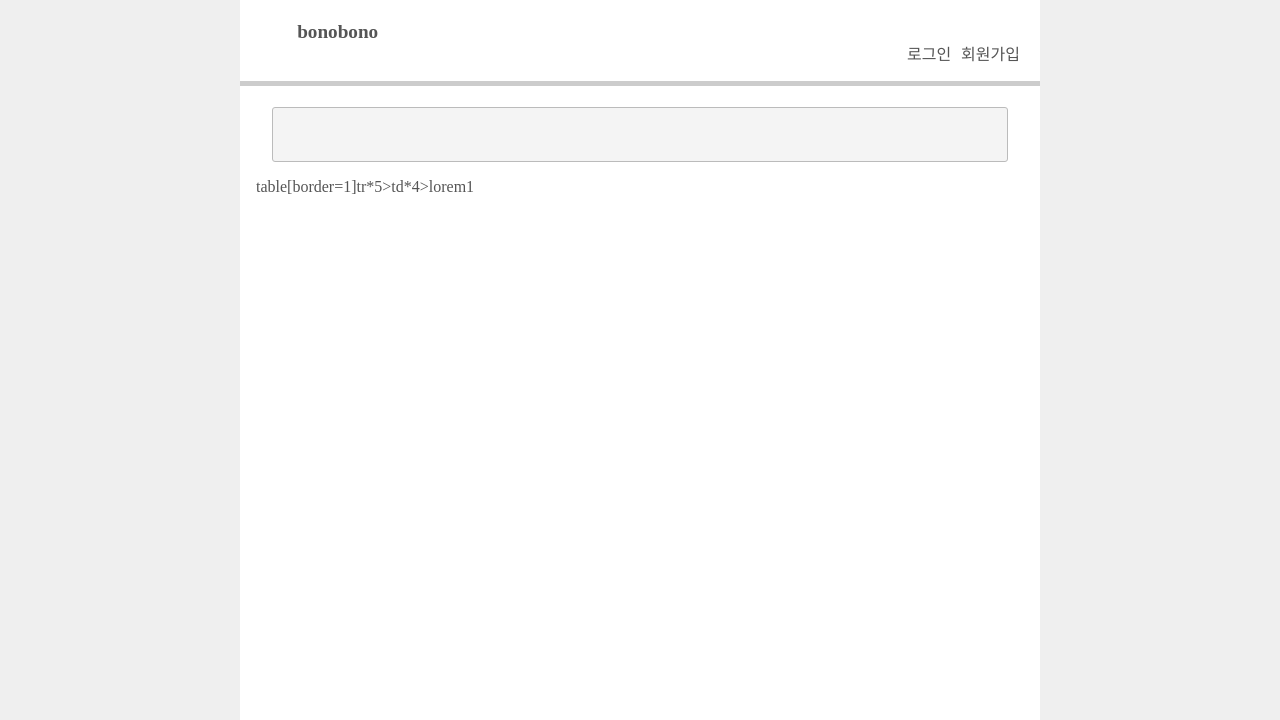
Repository: KKgeon/commonstudent
Page: WebClass/webPro/src/main/webapp/javascript/days09/ex03_10.html
These files come from the project's save history. The page is drawn as it stood at one moment and after the next save; the edit follows.
The browser window is 1280 px wide. The pictures show the whole page.
Some web fonts or font styles are not loaded; a fallback is used.

Above is the page before, as saved 2024-04-17 03:06:07.

### WebClass/webPro/src/main/webapp/javascript/days09/ex03_10.html
<!DOCTYPE html>
<html>
<head>
<meta charset="UTF-8">
<meta name="viewport" content="width=device-width, initial-scale=1.0">
<title>Insert title here</title>
<link rel="shortcut icon" type="image/x-icon" href="http://localhost/webPro/images/favicon.ico">
<script src="https://ajax.googleapis.com/ajax/libs/jquery/3.7.1/jquery.min.js"></script>
<link rel="stylesheet" href="http://localhost/webPro/resources/cdn-main/example.css">
<script src="http://localhost/webPro/resources/cdn-main/example.js"></script>
<style>
 span.material-symbols-outlined{
   vertical-align: text-bottom;
 }
</style>
</head>
<body>
<header>
 <h1 class="main"><img src="http://localhost/webPro/images/favicon.ico" alt=""><a href="#" style="position:absoute;top:30px;">bonobono</a><img src="http://localhost/webPro/images/favicon.ico" alt=""></h1>
<ul>
<li><a href="#">로그인</a></li>
<li><a href="#">회원가입</a></li>
</ul>
</header>
<div>
  <xmp class="code">
  </xmp>
  table[border=1]tr*5>td*4>lorem1
</div>
</body>
</html>

### WebClass/webPro/src/main/webapp/resources/cdn-main/example.css
@charset "UTF-8";

@import url('https://fonts.googleapis.com/css2?family=Material+Symbols+Outlined:opsz,wght,FILL,GRAD@20..48,100..700,0..1,-50..200');

@font-face {
    font-family: 'GmarketSansMedium';
    src: url('https://cdn.jsdelivr.net/gh/projectnoonnu/noonfonts_2001@1.1/GmarketSansMedium.woff') format('woff');
    font-weight: normal;
    font-style: normal;
}

:root {
	--text-color: #555;
	--sub-text-color: #777;
	--back-color: #EFEFEF;
	--header-color: #444;
	--primary-color: #DEDEDE;
	--secondary-color: #EFEFEF;
	--default-width: 800px;
	--narrow-width: 500px;
	--wide-width: 1200px;
	--text-font: 'GmarketSansMedium';
	--icon-font: 'Material Symbols Outlined';
	--border-color: #CCC;
}

html, body {
	margin: 0;
	padding: 0;
}

html {
	background-color: var(--back-color);
	display: flex;
	justify-content: center;
	min-height: 100vh;
}

body, body.default {
	width: var(--default-width);
	background-color: white;
	padding-bottom: 120px;
}

body.wide {
	width: var(--wide-width);
}

body.narrow {
	width: var(--narrow-width);
}



body, p, div, span, a, input, select, option, textarea, button, table, th, td, label, fieldset, legend {
	font-family: var(--text-font);
	color: var(--text-color);
}

h1, h2, h3 {
	font-family: var(--text-font);
	color: var(--header-color);
	padding: 0 1rem;
	padding-top: .5rem;
}

div > h1, div > h2, div > h3 {
	padding: 0;
}

body > div, body > main > div {
	padding: 0.3rem 1rem;
}


h1 { font-size: 2rem; border-bottom: 1px solid var(--border-color); }
h1 small { font-size: 1.2rem; color: var(--sub-text-color); }
h2 { font-size: 1.5rem; border-bottom: 1px dashed var(--border-color); }
h2 small { font-size: 1.1rem; color: --sub-text-color; }
h3 { font-size: 1.2rem; }
h3 small { font-size: 1rem; color: --sub-text-color; }



h1.main::before {
	font-family: var(--icon-font);
  	content: '\e666';
  	margin-right: 10px;
  	float: left;
	font-size: 2.5rem;
}

h1.sub::before {
	font-family: var(--icon-font);
  	content: '\ea19';
  	margin-right: 10px;
  	float: left;
	font-size: 2.5rem;
}


h1.page::before {
	font-family: var(--icon-font);
  	content: '\e0e0';
  	margin-right: 10px;
  	float: left;
	font-size: 2.5rem;
}

body > header > ul > li > .active{
	background-color: #FFF;
	color:#F00;
}

body > header {
	display: flex;
	justify-content: space-between;
	border-bottom: 5px solid var(--border-color);
	min-height: 74px;
	background-color: #FFF;
}

body > header.sticky {
	position: sticky;
	top: 0;
	z-index: 98;
}

body > header > h1 {
	font-size: 1.2rem;
	border: 0;
}

body > header.in > h1::before {
	font-family: var(--icon-font);
  	content: '\e332‥';
  	margin-right: 3px;
  	float: left;
	font-size: 2rem;
}


body > header > ul {
	list-style-type: none;
	display: flex;
	align-items: flex-end;
	margin-right: 10px;
}

body > header > ul > li {
	margin-right: 10px;
	cursor: pointer;
}

body > header > ul > li > a {
	cursor: pointer;
}


form {
	display: block;
}

form > div {
	padding: 0.3rem 1rem;
}

div > form > div {
	padding: 0.3rem 0;
}

input, textarea, button, select {
	border: 1px solid #BBB;
	border-radius: 3px;
	outline: none;
	resize: none;
	padding: 7px;
	margin: 0;
}

input[type=text]:read-only, textarea:read-only {
	cursor: not-allowed;
	background-color: #FFF;
}

input[type=text]:disabled, textarea:disabled {
	cursor: not-allowed;
	background-color: #EEE;
}

input[type=text], input[type=password], textarea, button, select {
	/* width: 300px; */
}

textarea {
	display: block;
	height: 100px;
}

input[type=button], input[type=submit], button {
	/* width: inherit; */
}

input.short, textarea.short, button.short, select.short {
	width: 100px;
}

input.long, textarea.long, button.long, select.long {
	width: 350px;
}

.narrow input.long, .narrow textarea.long, .narrow button.long, .narrow select.long {
	width: calc(100% - 20px);
}

input.full, textarea.full, button.full, select.full {
	width: calc(100% - 20px);
}

textarea.short {
	height: 50px;
}

textarea.long {
	height: 100px;
}

textarea.full {
	height: 200px;
}

input, textarea {
	padding-top: 8px;
}

input[type=button], input[type=submit], button {
	padding: 5px 10px;
	background-color: var(--secondary-color);
	cursor: pointer;
	min-height: 36px;
}

input[type=button].primary, input[type=submit].primary, button.primary {
	/* background-color: rgba(100, 149, 237, .2); */
	background-color: var(--primary-color);
}

input[type=button].primary:hover, input[type=submit].primary:hover, button.primary:hover {
	/* background-color: rgba(100, 149, 237, .3); */
	background-color: var(--secondary-color);
}

input[type=button]:hover, input[type=submit]:hover, button:hover {
	background-color: var(--primary-color);
}

button {
	position: relative;
	left: 0;
	top: 0;
	padding-left: 35px;
}

button .material-symbols-outlined {
	position: absolute;
	left: 10px;
	top: 4px;
}

/* k2nik add */
button.login::before {
	font-family: var(--icon-font);
  	content: '\ea77';
	position: absolute;
	left: 11px;
	top: 4px;
	font-size: 1.25rem;
}

/* k2nik logout */
button.logout::before {
	font-family: var(--icon-font);
  	content: '\e9ba';
	position: absolute;
	left: 11px;
	top: 4px;
	font-size: 1.25rem;
}

/* k2nik help */
button.help::before {
	font-family: var(--icon-font);
  	content: '\f1c0';
	position: absolute;
	left: 11px;
	top: 4px;
	font-size: 1.25rem;
}

button.add::before{
	font-family: var(--icon-font);
  	content: '\e746';
	position: absolute;
	left: 11px;
	top: 4px;
	font-size: 1.25rem;
}

button.back::before {
	font-family: var(--icon-font);
  	content: '\e166';
	position: absolute;
	left: 11px;
	top: 4px;
	font-size: 1.25rem;
}

button.list::before {
	font-family: var(--icon-font);
  	content: '\e0ee';
	position: absolute;
	left: 11px;
	top: 4px;
	font-size: 1.25rem;
}


button.del::before {
	font-family: var(--icon-font);
  	content: '\e872';
	position: absolute;
	left: 11px;
	top: 4px;
	font-size: 1.25rem;
}


button.edit::before {
	font-family: var(--icon-font);
  	content: '\e745';
	position: absolute;
	left: 11px;
	top: 4px;
	font-size: 1.25rem;
}


button.login::before {
	font-family: var(--icon-font);
  	content: '\ea77';
	position: absolute;
	left: 11px;
	top: 4px;
	font-size: 1.25rem;
}


button.logout::before {
	font-family: var(--icon-font);
  	content: '\e9ba';
	position: absolute;
	left: 11px;
	top: 4px;
	font-size: 1.25rem;
}


button.in::before {
	font-family: var(--icon-font);
  	content: '\f71a';
	position: absolute;
	left: 11px;
	top: 4px;
	font-size: 1.25rem;
}


button.out::before {
	font-family: var(--icon-font);
  	content: '\f70e';
	position: absolute;
	left: 11px;
	top: 4px;
	font-size: 1.25rem;
}


button.reply::before {
	font-family: var(--icon-font);
  	content: '\e15e';
	position: absolute;
	left: 11px;
	top: 4px;
	font-size: 1.25rem;
}


button.comment::before {
	font-family: var(--icon-font);
  	content: '\e0b9';
	position: absolute;
	left: 11px;
	top: 4px;
	font-size: 1.25rem;
}


button.modal::before {
	font-family: var(--icon-font);
  	content: '\e89e';
	position: absolute;
	left: 11px;
	top: 4px;
	font-size: 1.25rem;
}


button.ok::before {
	font-family: var(--icon-font);
  	content: '\e86c';
	position: absolute;
	left: 11px;
	top: 4px;
	font-size: 1.25rem;
}


button.cancel::before {
	font-family: var(--icon-font);
  	content: '\e5c9';
	position: absolute;
	left: 11px;
	top: 4px;
	font-size: 1.25rem;
}

button.search::before {
	font-family: var(--icon-font);
  	content: '\e8b6';
	position: absolute;
	left: 11px;
	top: 4px;
	font-size: 1.25rem;
}

button.home::before {
	font-family: var(--icon-font);
  	content: '\e88a';
	position: absolute;
	left: 11px;
	top: 4px;
	font-size: 1.25rem;
}


button.sidebar::before {
	font-family: var(--icon-font);
  	content: '\f7e4';
	position: absolute;
	left: 11px;
	top: 4px;
	font-size: 1.25rem;
}


button.sidebar-right::before {
	font-family: var(--icon-font);
  	content: '\f7e5';
	position: absolute;
	left: 11px;
	top: 4px;
	font-size: 1.25rem;
}




button::before {
	font-family: var(--icon-font);
  	content: '\e323';
	position: absolute;
	left: 11px;
	top: 4px;
	font-size: 1.25rem;
}


table {
	border-collapse: collapse;
	margin: 1rem;
	box-sizing: border-box;
	width: calc(100% - 32px);
}

table.content {
	width: auto;
}

div > table {
	margin: 0;
}

table th, table td {
	border: 1px solid var(--border-color);
	padding: 7px;
	font-weight: normal;
}

table th {
	background-color: var(--back-color);
}

table.vertical th {
	width: 150px;
}

table.vertical td {
	width: calc(100% - 182px);
	padding-left: 10px;
}

table.content td, table.content th {
	width: auto;
}

body.narrow table.vertical th {
	width: 100px;
}

body.narrow table.vertical td {
	width: calc(100% - 182px);
}


table + table {
	margin-top: 30px;
}


p {
	padding: 0 1rem;
}

a {
	text-decoration: none;
}

a:hover {
	color: rgba(255, 99, 71, .7);
}

hr {
	border: 0;
	border-top: 1px solid var(--border-color);
	margin: 2rem 0;
}

.message {
	border: 1px solid var(--border-color);
	background-color: #EFEFEF;
	margin: 1rem;
	width: auto;
	padding-top: 10px;
	padding-bottom: 10px;
	font-size: 14px;
}

.message[title]::before {
	content: attr(title);
	display: block;
	border-bottom: 1px solid var(--border-color);
	padding-bottom: 5px;
	margin-bottom: 10px;
	margin-top: 7px;
}

.message.short {
	max-width: 250px;
}

.message.long {
	max-width: 500px;
}

.badge {
	float: right;
	font-size: .8rem;
	margin-top: 2px;
	margin-right: 2px;
	text-shadow: 0 0 7px gray;
}

.badge.left {
	float: none;
	margin-left: 2px;
}

.badge.right {
	float: right;
}

.badge.red {
	border-radius: 50%;
	padding: 2px 5px;
	background-color: rgb(255, 99, 71, .3);
}

.badge.yellow {

	border-radius: 50%;
	padding: 2px 5px;
	background-color: rgb(255, 215, 0, .5);
}

.badge.blue {
	border-radius: 50%;
	padding: 2px 5px;
	background-color: rgb(100, 149, 237, .3);
}

label + label {
	margin-left: 7px;
}

label input[type=checkbox], label input[type=radio] {
	transform: translate(0, 1px);
}

.group {
	display: flex;
}

.modal-content .group {
	margin-bottom: .5rem;
}

.group label {
	border: 1px solid #BBB;
	border-radius: 3px;
	outline: none;
	resize: none;
	padding: 7px 14px;
	margin: 0;
	border-top-right-radius: 0;
	border-bottom-right-radius: 0;
	background-color: #EFEFEF;
	white-space: nowrap;
	font-size: 14px;
}

.group input[type=text] {
	margin-left: -1px;
	border-top-left-radius: 0;
	border-bottom-left-radius: 0;
}

.group select {
	margin-left: -1px;
	border-top-left-radius: 0;
	border-bottom-left-radius: 0;
}

.group input.full[type=text] {
	margin-left: -1px;
	border-top-left-radius: 0;
	border-bottom-left-radius: 0;
	width: 100%;
}

.group input[type=button]:first-child, .group button:first-child {
	border-top-left-radius: 3px;
	border-bottom-left-radius: 3px;
	margin-left: 0px;
}

.group input[type=button], .group button {
	border-radius: 0;
	margin-left: -1px;
}

.group input[type=button]:last-child, .group button:last-child {
	margin-left: -1px;
	border-top-right-radius: 3px;
	border-bottom-right-radius: 3px;
}

.seperate {
	display: flex;
	justify-content: space-between;
}

div.list {
	width: max-content;
	margin: 1rem;
	border: 1px solid #BBB;
	border-radius: 3px;
	padding: 0;
}

div.list.full {
	width: auto;
	display: block;
	margin: 1rem;
	border: 1px solid #BBB;
	border-radius: 3px;
	padding: 0;
}

div.list > div {
	padding: .5rem 1rem;
	margin: 0;
	border-bottom: 1px solid #BBB;
}

div.list > div:last-child {
	border-bottom: 0;
}

pre.code , xmp.code{
	font-family: consols;
	background-color: rgba(150, 150, 150, .1);
	border: 1px solid #BBB;
	border-radius: 3px;
	padding: .5rem 1rem;
	padding-bottom: .6rem;
	margin: 1rem;
}




*[data-modal-window] {
	position: fixed;
	background-color: rgba(0, 0, 0, .3);
	left: 0;
	top: 0;
	display: none;
	justify-content: center;
	align-items: flex-start;
	width: 100%;
	min-height: 100vh;
	z-index: 100;
	opacity: 0;
	transition: 500ms all;
}

*[data-modal-window] .modal-container {
	border-radius: 5px;
	padding: 1rem;
	padding-bottom: .5rem;
	margin-top: -500px;
	opacity: 0;
	width: 500px;
	background-color: #FFF;
	margin-right: 2rem;
	transition: 500ms all;
}

*[data-modal-size=content] .modal-container {
	width: auto;
}

*[data-modal-size=narrow] .modal-container {
	width: 300px;
}

*[data-modal-size=wide] .modal-container {
	width: 760px;
}


*[data-modal-window] .modal-header {
	border-bottom: 1px solid var(--border-color);
	padding: 2px 5px;
}

*[data-modal-window] .modal-content {
	padding: 1rem 5px;
}

*[data-modal-window] .modal-content div:last-child {
	margin-top: 1rem;
	text-align: right;
}



*[data-sidebar-window] {
	position: fixed;
	background-color: #FFF;
	left: 0;
	top: 0;
	display: block;
	width: 300px;
	border-right: 1px solid var(--border-color);
	box-sizing: border-box;
	box-shadow: 0 0 3px var(--back-color);
	min-height: 100vh;
	z-index: 99;
	transform: translate(-300px, 0);
	transition-duration: 500ms;
	transition-property: transform;
}

*[data-sidebar-direction=right] {
	left: auto;
	right: 0;
	transform: translate(300px, 0);
	border-left: 1px solid var(--border-color);
}

*[data-sidebar-size=wide] {
	width: 500px;
	transform: translate(-500px, 0);
}

*[data-sidebar-window] .sidebar-title {
	border-bottom: 1px solid var(--border-color);
	margin-top: 20px;
	margin-bottom: 20px;
	padding-bottom: 5px;
	display: flex;
	justify-content: space-between;
}

*[data-sidebar-window] .sidebar-title span:last-child {
	cursor: pointer;
}


/* K2Nik pagination */
.center {
  text-align: center;
}

.pagination {
  display: inline-block;
}

.pagination a {
  color: black;
  float: left;
  padding: 3px 6px;
  text-decoration: none;
  transition: background-color .3s;
  border: 1px solid #ddd;
  margin: 0 3px;
}

.pagination a.active {
  background-color: #4CAF50;
  color: white;
  border: 1px solid #4CAF50;
}

.pagination a:hover:not(.active) {background-color: #ddd;}

### WebClass/webPro/src/main/webapp/resources/cdn-main/example.js

window.onload = () => {

    const list = document.querySelectorAll('input, textarea');

    list.forEach(item => {
        item.setAttribute('autocomplete', 'off');
    });


    const modal_btn_list = document.querySelectorAll('*[data-modal-button]');

    modal_btn_list.forEach(item => {
        item.onclick = function() {

            const name = this.dataset['modalButton'];
            const modal_window = document.querySelector('*[data-modal-window=' + name);

            const container = document.createElement('div');
            container.className = 'modal-container';



            const modal_header = document.createElement('div');
            modal_header.textContent = modal_window.dataset['modalTitle'];
            modal_header.className = 'modal-header';
            container.appendChild(modal_header);

            const modal_content = document.createElement('div');
            modal_content.className = 'modal-content';
            container.appendChild(modal_content);

            Array.from(modal_window.childNodes).forEach(item => {
                modal_content.appendChild(item);
            });

            modal_window.appendChild(container);

            modal_window.style.display = 'flex';

            setTimeout(() => {
                modal_window.style.opacity = 1;
                container.style.marginTop = '20px';
                container.style.opacity = 1;
            }, 50);


            const modal_ok = document.querySelector('*[data-modal-ok=' + name);
            modal_ok.addEventListener('click', function() {
                modal_window.style.opacity = 0;
                container.style.marginTop = '-500px';
                container.style.opacity = 0;

                setTimeout(() => {
                    modal_window.innerHTML = modal_content.innerHTML;
                    modal_window.style.display = 'none';
                }, 500);

            });

            const modal_cancel = document.querySelector('*[data-modal-cancel=' + name);
            modal_cancel.addEventListener('click', function() {

                modal_window.style.opacity = 0;
                container.style.marginTop = '-500px';
                container.style.opacity = 0;

                setTimeout(() => {
                    modal_window.innerHTML = modal_content.innerHTML;
                    modal_window.style.display = 'none';
                }, 500);
            });


        };
    });


    const sidebar_btn_list = document.querySelectorAll('*[data-sidebar-button]');

    sidebar_btn_list.forEach(item => {
        item.onclick = function() {



            const name = this.dataset['sidebarButton'];
            const sidebar_window = document.querySelector('*[data-sidebar-window=' + name);

            if (sidebar_window.style.transform == 'translate(0px, 0px)') return;



            sidebar_window.style.transform = 'translate(0, 0)';

            const sidebar_title = document.createElement('div');
            sidebar_title.className = 'sidebar-title';
            sidebar_title.innerHTML = '<span>' + sidebar_window.dataset['sidebarTitle'] + '</span><span class="material-symbols-outlined">close</span>';

            sidebar_title.children[1].onclick = function() {

                let sign = 1;
                let distance = 300;

                if (sidebar_window.dataset['sidebarDirection'] != 'right') {
                    sign = -1;
                } else {
                    sign = 1;
                }

                if (sidebar_window.dataset['sidebarSize'] != 'wide') {
                    distance = 300;
                } else {
                    distance = 500;
                }

                distance *= sign;

                sidebar_window.style.transform = 'translate(' + distance + 'px, 0)';

                setTimeout(function() {
                    sidebar_window.removeChild(sidebar_window.children[0]);
                }, 500);
            };


            sidebar_window.prepend(sidebar_title);

        }
    });

};

// window.onkeydown = function(event) {

//     if (event.keyCode == 27) {
//         if (document.querySelector('[data-modal-window').style.display == 'flex') {
//             document.querySelector('[data-modal-window').style.display = 'none';
//         }
//     }

// };

After the next save:
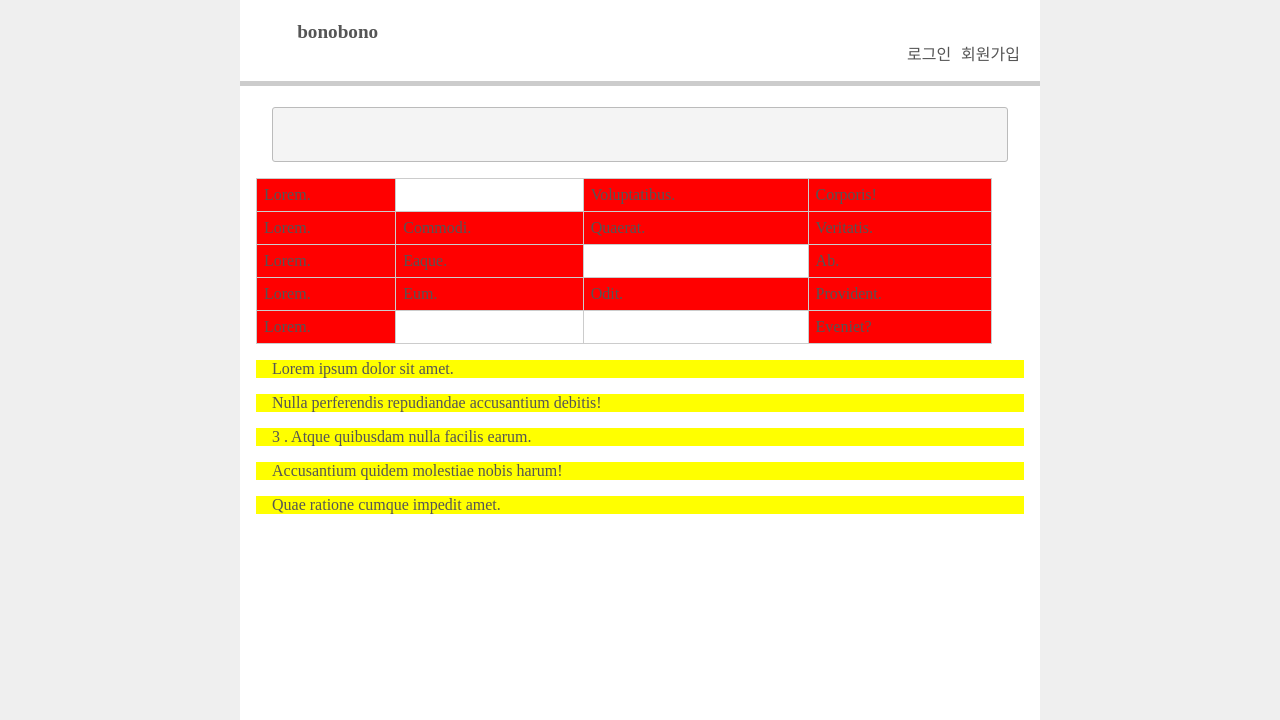
Saved 5 s later.
--- a/WebClass/webPro/src/main/webapp/javascript/days09/ex03_10.html
+++ b/WebClass/webPro/src/main/webapp/javascript/days09/ex03_10.html
@@ -1,31 +1,87 @@
 <!DOCTYPE html>
 <html>
+
 <head>
-<meta charset="UTF-8">
-<meta name="viewport" content="width=device-width, initial-scale=1.0">
-<title>Insert title here</title>
-<link rel="shortcut icon" type="image/x-icon" href="http://localhost/webPro/images/favicon.ico">
-<script src="https://ajax.googleapis.com/ajax/libs/jquery/3.7.1/jquery.min.js"></script>
-<link rel="stylesheet" href="http://localhost/webPro/resources/cdn-main/example.css">
-<script src="http://localhost/webPro/resources/cdn-main/example.js"></script>
-<style>
- span.material-symbols-outlined{
-   vertical-align: text-bottom;
- }
-</style>
+    <meta charset="UTF-8">
+    <meta name="viewport" content="width=device-width, initial-scale=1.0">
+    <title>Insert title here</title>
+    <link rel="shortcut icon" type="image/x-icon" href="http://localhost/webPro/images/favicon.ico">
+    <script src="https://ajax.googleapis.com/ajax/libs/jquery/3.7.1/jquery.min.js"></script>
+    <link rel="stylesheet" href="http://localhost/webPro/resources/cdn-main/example.css">
+    <script src="http://localhost/webPro/resources/cdn-main/example.js"></script>
+    <style>
+        span.material-symbols-outlined {
+            vertical-align: text-bottom;
+        }
+    </style>
 </head>
+
 <body>
-<header>
- <h1 class="main"><img src="http://localhost/webPro/images/favicon.ico" alt=""><a href="#" style="position:absoute;top:30px;">bonobono</a><img src="http://localhost/webPro/images/favicon.ico" alt=""></h1>
-<ul>
-<li><a href="#">로그인</a></li>
-<li><a href="#">회원가입</a></li>
-</ul>
-</header>
-<div>
-  <xmp class="code">
-  </xmp>
-  table[border=1]tr*5>td*4>lorem1
-</div>
+    <header>
+        <h1 class="main"><img src="http://localhost/webPro/images/favicon.ico" alt=""><a href="#"
+                style="position:absoute;top:30px;">bonobono</a><img src="http://localhost/webPro/images/favicon.ico"
+                alt=""></h1>
+        <ul>
+            <li><a href="#">로그인</a></li>
+            <li><a href="#">회원가입</a></li>
+        </ul>
+    </header>
+    <div>
+        <xmp class="code">
+        </xmp>
+        <table border="1">
+            <tr>
+                <td>Lorem.</td>
+                <td></td>
+                <td>Voluptatibus.</td>
+                <td>Corporis!</td>
+            </tr>
+
+
+            <tr>
+                <td>Lorem.</td>
+                <td>Commodi.</td>
+                <td>Quaerat.</td>
+                <td>Veritatis.</td>
+            </tr>
+            <tr>
+                <td>Lorem.</td>
+                <td>Eaque.</td>
+                <td></td>
+                <td>Ab.</td>
+
+            </tr>
+            <tr>
+                <td>Lorem.</td>
+                <td>Eum.</td>
+                <td>Odit.</td>
+                <td>Provident.</td>
+            </tr>
+            <tr>
+                <td>Lorem.</td>
+                <td></td>
+                <td></td>
+                <td>Eveniet?</td>
+            </tr>
+        </table>
+
+        <p>Lorem ipsum dolor sit amet.</p>
+        <p>Nulla perferendis repudiandae accusantium debitis!</p>
+        <p style="display:none"> 3 . Atque quibusdam nulla facilis earum.</p>
+        <p>Accusantium quidem molestiae nobis harum!</p>
+        <p>Quae ratione cumque impedit amet.</p>
+
+    </div>
+    <script>
+        $(function () {
+            // $("td:empty").css("background-color", "red");
+            $("td:parent").css("background-color", "red");
+            $("p:hidden").show(1000, function () {
+                $("p:visible").css("background-color", "yellow")
+            })
+
+        })
+    </script>
 </body>
+
 </html>
